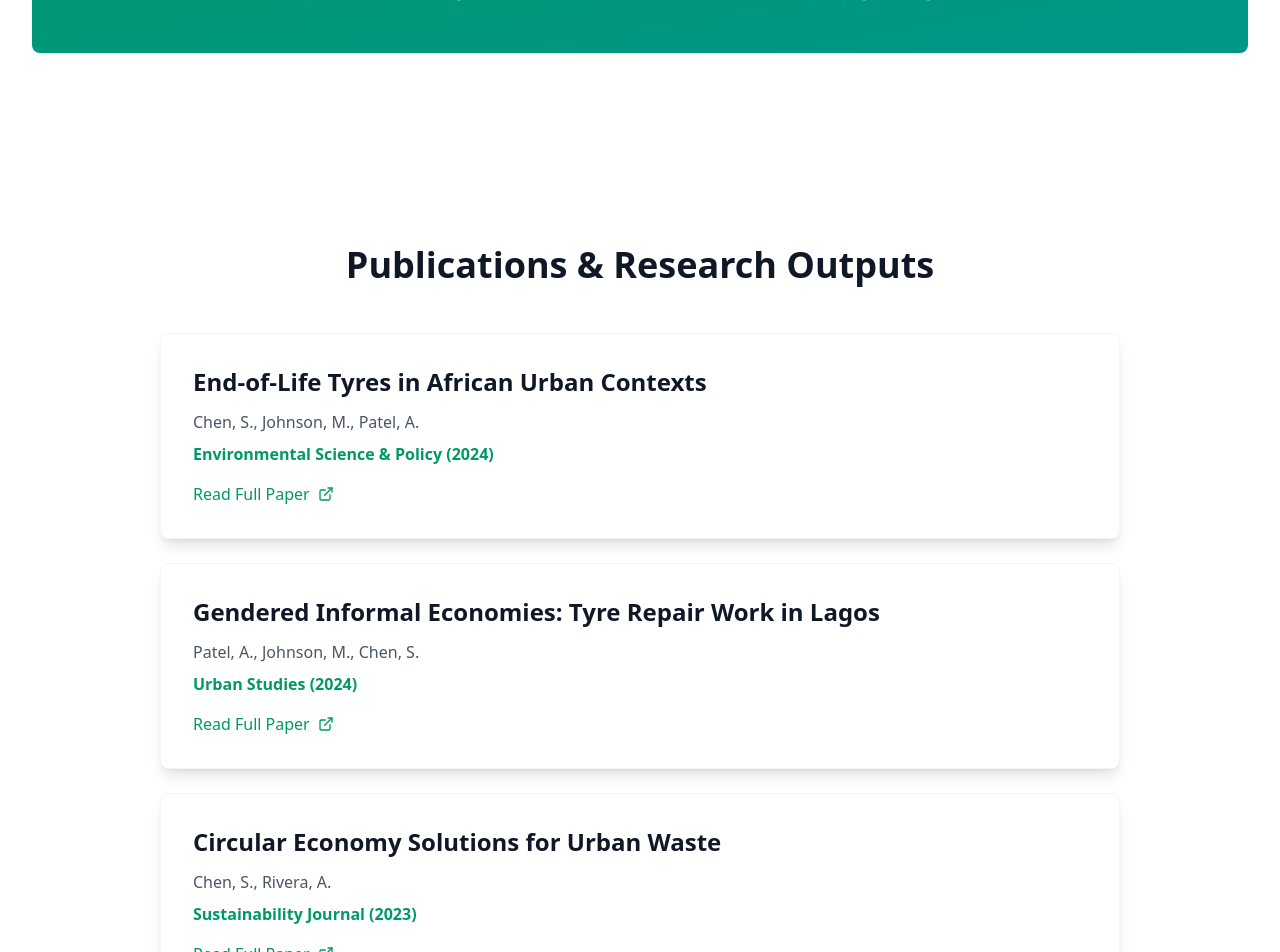
Repository: tiossdav/codesria
Page: /
An editor plug-in stored every save of this project. The page is shown before and after the next save, followed by the edit.
The browser window is 1280 px wide. The pictures show the part of the page from y = 2359 to 3311 px (the page is 5274 px tall).
The project was rebuilt for these pictures with package versions that can differ from the ones it lists, and the page was loaded fresh each time. Also part of the build but not shown: vite.config.ts.

Above is the page before, as saved 2025-11-19 19:10:44.

### index.html
<!DOCTYPE html>
<html lang="en">
  <head>
    <meta charset="UTF-8" />
    <link rel="icon" type="image/svg+xml" href="/vite.svg" />
    <link href="/src/App.css" rel="stylesheet" />
    <link rel="preconnect" href="https://fonts.googleapis.com" />
    <link rel="preconnect" href="https://fonts.gstatic.com" crossorigin />
    <link
      href="https://fonts.googleapis.com/css2?family=Caveat:wght@400..700&family=Inter:ital,opsz,wght@0,14..32,100..900;1,14..32,100..900&family=Lobster&family=Raleway:ital,wght@0,100..900;1,100..900&display=swap"
      rel="stylesheet"
    />
    <meta name="viewport" content="width=device-width, initial-scale=1.0" />
    <title>codesria</title>
  </head>
  <body>
    <div id="root"></div>
    <script type="module" src="/src/main.tsx"></script>
  </body>
</html>

### src/App.css
@import "tailwindcss";

@theme {
  --font-inter: "Inter", sans-serif;
  --font-caveat: "Caveat", cursive;
  --font-lobster: "Lobster", cursive;
  --font-raleway: "Raleway", sans-serif;
}

### src/App.tsx
import { Route, Switch } from "wouter";
import Header from "./components/layout/Header";
import Footer from "./components/layout/Footer";
import Home from "./pages/Home";
import About from "./pages/About";
import Research from "./pages/Research";
import Team from "./pages/Team";
import Publications from "./pages/Publications";
import Contact from "./pages/Contact";

export default function App() {
  return (
    <div className="min-h-screen bg-white flex flex-col">
      <Header />

      <div className="flex-1">
        <Switch>
          <Route path="/" component={Home} />
          <Route path="/obj" component={About} />
          <Route path="/research" component={Research} />
          <Route path="/team" component={Team} />
          <Route path="/publications" component={Publications} />
          <Route path="/contact" component={Contact} />

          {/* 404 Route */}
          <Route>
            <div className="min-h-screen flex items-center justify-center">
              <div className="text-center">
                <h1 className="text-4xl font-bold text-gray-900 mb-4">404</h1>
                <p className="text-gray-600">Page not found</p>
              </div>
            </div>
          </Route>
        </Switch>
      </div>

      <Footer />
    </div>
  );
}

### src/components/layout/Header.tsx
import { Link, useLocation } from "wouter";

type NavLink = {
  title: string;
  href: string;
  submenu?: NavLink[];
};

const navlinks: NavLink[] = [
  { title: "Home", href: "/" },
  { title: "Aim & Objectives", href: "/obj" },
  { title: "Research", href: "/research" },
  { title: "Team", href: "/team" },
  { title: "Publications", href: "/publications" },
  { title: "Contact", href: "/contact" },
];

function Header() {
  const [location] = useLocation();

  return (
    <nav className="bg-white shadow-sm fixed w-full top-0 z-50 border-b border-gray-200">
      <div className="max-w-7xl mx-auto px-4 sm:px-6 lg:px-8">
        <div className="flex justify-between items-center h-20">
          <div className="flex items-center">
            <Link href="/">
              <span className="ml-3 font-caveat text-3xl text-gray-900 font-bold cursor-pointer transition-colors">
                JustEnergyAfrica
              </span>
            </Link>
          </div>
          <div className="flex items-center space-x-8">
            {navlinks.map((nav, index) => (
              <Link
                key={index}
                href={nav.href}
                className={`text-[16px] font-medium transition-colors ${
                  location === nav.href
                    ? "text-slate-900"
                    : "text-slate-600 hover:text-slate-900"
                }`}
              >
                {nav.title}
              </Link>
            ))}
          </div>
        </div>
      </div>
    </nav>
  );
}

export default Header;

### src/components/layout/Footer.tsx
function Footer() {
  return (
    <footer className="bg-gray-900 text-white py-12 mt-20">
      <div className="max-w-7xl mx-auto px-4 sm:px-6 lg:px-8">
        <div className="text-center mb-6">
          <p className="text-gray-300 mb-2">Funded by the British Academy</p>
          <p className="text-gray-400 text-sm">
            Part of the GCRF 'Urban Infrastructures of Well-Being' research
            programme
          </p>
        </div>
        <div className="text-center pt-6 border-t border-gray-700">
          <p className="text-gray-400">
            © 2024 Pneuma-City Research Project. All rights reserved.
          </p>
        </div>
      </div>
    </footer>
  );
}

export default Footer;

### src/pages/Home.tsx
import { useLocation } from "wouter";
import power from "../assets/power.jpg";
import About from "./About";
import Research from "./Research";
import Publications from "./Publications";
import Team from "./Team";
import Contact from "./Contact";

export default function Home() {
  const [, setLocation] = useLocation();

  return (
    <>
      {/* Hero Section */}
      <div className="relative h-screen mt-20 font-inter">
        <div className="absolute inset-0">
          <img
            src={power}
            alt="Urban African street"
            className="w-full h-full object-cover"
          />
          <div className="absolute inset-0 bg-black opacity-50"></div>
        </div>

        <div className="relative h-full flex items-center px-4">
          <div className="max-w-7xl mx-auto w-full">
            <div className="max-w-3xl">
              <h1 className="text-4xl md:text-5xl font-bold text-white mb-6 leading-tight">
                Hydro-Power S(hr)inking State: Renewable energy in Lake Chad
              </h1>
              <p className="text-xl md:text-2xl text-gray-100 mb-8 leading-relaxed">
                This research explores Lake Chad’s environmental crisis,
                analyzing hydropower, urban adaptation, gender equity, and just
                transition through comparative, mixed-method studies across Chad
                and Nigeria to inform inclusive, sustainable governance and
                development.
              </p>
              <div className="flex flex-col sm:flex-row gap-4">
                <button
                  onClick={() => setLocation("/obj")}
                  className="bg-emerald-600 hover:bg-emerald-700 text-white px-8 py-4 rounded-md font-semibold text-lg transition-colors"
                >
                  Learn More
                </button>
                <button
                  onClick={() => setLocation("/research")}
                  className="bg-white/10 backdrop-blur-sm hover:bg-white/20 border-2 border-white text-white px-8 py-4 rounded-md font-semibold text-lg transition-all"
                >
                  Our Research
                </button>
              </div>
            </div>
          </div>
        </div>
      </div>

      {/* All Sections Below Hero */}
      <About />
      <Research />
      <Publications />
      <Team />
      <Contact />
    </>
  );
}

### src/pages/About.tsx
function About() {
  return (
    <div className="max-w-5xl mx-auto mt-8 px-4 sm:px-6 lg:px-8 py-10 font-inter">
      <h2 className="text-4xl font-bold text-gray-900 mb-8">About</h2>
      <div className="prose prose-lg max-w-none">
        <p className="text-xl text-gray-700 leading-relaxed mb-6">
          Hydro Power, S(hr)inking States? Politics of Renewable Energy, Just
          Transitions and Urban Sustainability in the Lake Chad Basin is a
          collaborative, transdisciplinary research initiative that responds to
          one of Africa’s most pressing environmental challenges: the rapid
          shrinkage of Lake Chad and its far-reaching impacts on state
          stability, urban life, and energy futures.
        </p>
        <p className="text-xl text-gray-700 leading-relaxed mb-8">
          As governments and communities turn to hydropower and other renewable
          energy options, the project investigates how these transitions reshape
          governance systems, social equity, and everyday survival in one of the
          continent’s most fragile ecological zones. By examining the political,
          social, and infrastructural transformations underway, the study seeks
          to provide evidence-based pathways for inclusive, just, and
          climate-resilient development.
        </p>
        <p className="text-xl text-gray-700 leading-relaxed mb-1">
          The project focuses on four overarching questions:
        </p>
        <ul className="list-disc list-inside mb-6 text-xl text-gray-700 leading-relaxed ">
          <li>
            How do hydropower projects influence renewable energy politics
            across the region?
          </li>
          <li>
            How are cities adapting to environmental decline and energy
            transitions?
          </li>
          <li>
            In what ways do gender and generational dynamics shape experiences
            of change?
          </li>
          <li>
            How can a just transition be achieved in settings with limited
            resources and institutional capacity?
          </li>
        </ul>

        {/* <div className="bg-emerald-50 border-l-4 border-emerald-600 p-6 my-8">
          <p className="text-gray-800 italic">
            This project is funded by the British Academy and is part of the
            wider GCRF 'Urban Infrastructures of Well-Being' research programme.
          </p>
        </div> */}
      </div>
    </div>
  );
}

export default About;

### src/pages/Research.tsx
import { Globe, Lightbulb, Recycle, Users } from "lucide-react";

function Research() {
  return (
    <div className="max-w-7xl mx-auto mt-8 px-4 sm:px-6 lg:px-8 py-20 font-inter">
      <h2 className="text-4xl font-bold text-gray-900 mb-4 text-center">
        Research Focus Areas
      </h2>
      <p className="text-xl text-gray-600 mb-12 text-center max-w-3xl mx-auto">
        'Pneuma-city' bridges formal and informal infrastructures by
        conceptually tracing the role of tyres as 'frictional' within urban
        contexts where automobile transport is hegemonic.
      </p>

      <div className="grid md:grid-cols-3 gap-8 mb-16">
        <div className="bg-white p-8 rounded-lg shadow-lg border border-gray-100 hover:shadow-xl transition-shadow">
          <div className="bg-emerald-100 w-16 h-16 rounded-lg flex items-center justify-center mb-6">
            <Users className="h-8 w-8 text-emerald-600" />
          </div>
          <h3 className="text-2xl font-bold text-gray-900 mb-4">
            Informal Cultures & Livelihoods
          </h3>
          <p className="text-gray-600 leading-relaxed">
            Examining the gendered informal cultures, livelihoods and
            technologies of tyre-related work in urban contexts.
          </p>
        </div>

        <div className="bg-white p-8 rounded-lg shadow-lg border border-gray-100 hover:shadow-xl transition-shadow">
          <div className="bg-teal-100 w-16 h-16 rounded-lg flex items-center justify-center mb-6">
            <Globe className="h-8 w-8 text-teal-600" />
          </div>
          <h3 className="text-2xl font-bold text-gray-900 mb-4">
            Road Ecologies
          </h3>
          <p className="text-gray-600 leading-relaxed">
            Understanding the complex place of waste tyres in street and road
            ecologies and their environmental impact.
          </p>
        </div>

        <div className="bg-white p-8 rounded-lg shadow-lg border border-gray-100 hover:shadow-xl transition-shadow">
          <div className="bg-amber-100 w-16 h-16 rounded-lg flex items-center justify-center mb-6">
            <Recycle className="h-8 w-8 text-amber-600" />
          </div>
          <h3 className="text-2xl font-bold text-gray-900 mb-4">
            Circular Economies
          </h3>
          <p className="text-gray-600 leading-relaxed">
            Exploring circular economy models and the innovative repurposing of
            end-of-life tyres in urban settings.
          </p>
        </div>
      </div>

      <div className="bg-linear-to-br from-emerald-600 to-teal-600 rounded-lg p-12 text-white">
        <div className="flex items-start">
          <Lightbulb className="h-12 w-12 mr-6 shrink-0 mt-1" />
          <div>
            <h3 className="text-3xl font-bold mb-4">Our Vision</h3>
            <p className="text-xl leading-relaxed">
              We aim to put ELT challenges and opportunities at the heart of a
              vision for a sustainable future, creating solutions that improve
              well-being for both workers and residents in rapidly growing
              African cities.
            </p>
          </div>
        </div>
      </div>
    </div>
  );
}

export default Research;

### src/pages/Team.tsx
const teamMembers = [
  {
    name: "Dr. Sarah Chen",
    role: "Principal Investigator",
    image:
      "https://images.unsplash.com/photo-1573496359142-b8d87734a5a2?w=400&h=400&fit=crop",
    bio: "Expert in sustainable urban development and environmental engineering",
  },
  {
    name: "Dr. Marcus Johnson",
    role: "Co-Investigator",
    image:
      "https://images.unsplash.com/photo-1560250097-0b93528c311a?w=400&h=400&fit=crop",
    bio: "Specializes in social sciences and informal economies research",
  },
  {
    name: "Dr. Aisha Patel",
    role: "Research Fellow",
    image:
      "https://images.unsplash.com/photo-1580489944761-15a19d654956?w=400&h=400&fit=crop",
    bio: "Focus on gender studies and urban livelihoods",
  },
  {
    name: "Alex Rivera",
    role: "Research Assistant",
    image:
      "https://images.unsplash.com/photo-1519345182560-3f2917c472ef?w=400&h=400&fit=crop",
    bio: "Researching circular economy models and waste management systems",
  },
];

function Team() {
  return (
    <div className="max-w-7xl mx-auto mt-8 px-4 sm:px-6 lg:px-8 py-20 font-inter">
      <h2 className="text-4xl font-bold text-gray-900 mb-4 text-center">
        Meet Our Team
      </h2>
      {/* <p className="text-xl text-gray-600 mb-12 text-center max-w-3xl mx-auto">
        Our interdisciplinary team combines expertise from engineering, social
        sciences, gender studies, and environmental sustainability
      </p> */}
      <div className="grid md:grid-cols-2 lg:grid-cols-4 gap-8">
        {teamMembers.map((member, index) => (
          <div
            key={index}
            className="bg-white rounded-lg shadow-lg overflow-hidden border border-gray-100 hover:shadow-xl transition-shadow"
          >
            <img
              src={member.image}
              alt={member.name}
              className="w-full h-64 object-cover"
            />
            <div className="p-6">
              <h3 className="text-xl font-bold text-gray-900 mb-1">
                {member.name}
              </h3>
              <p className="text-emerald-600 font-semibold mb-3">
                {member.role}
              </p>
              <p className="text-gray-600 text-sm leading-relaxed">
                {member.bio}
              </p>
            </div>
          </div>
        ))}
      </div>
    </div>
  );
}

export default Team;

### src/pages/Publications.tsx
import { ExternalLink } from "lucide-react";

const publications = [
  {
    title: "End-of-Life Tyres in African Urban Contexts",
    authors: "Chen, S., Johnson, M., Patel, A.",
    journal: "Environmental Science & Policy",
    year: "2024",
    link: "#",
  },
  {
    title: "Gendered Informal Economies: Tyre Repair Work in Lagos",
    authors: "Patel, A., Johnson, M., Chen, S.",
    journal: "Urban Studies",
    year: "2024",
    link: "#",
  },
  {
    title: "Circular Economy Solutions for Urban Waste",
    authors: "Chen, S., Rivera, A.",
    journal: "Sustainability Journal",
    year: "2023",
    link: "#",
  },
];

function Publications() {
  return (
    <div className="max-w-5xl mx-auto mt-8 px-4 sm:px-6 lg:px-8 py-20">
      <h2 className="text-4xl font-bold text-gray-900 mb-12 text-center">
        Publications & Research Outputs
      </h2>
      <div className="space-y-6">
        {publications.map((pub, index) => (
          <div
            key={index}
            className="bg-white p-8 rounded-lg shadow-lg border border-gray-100 hover:shadow-xl transition-shadow"
          >
            <h3 className="text-2xl font-bold text-gray-900 mb-3">
              {pub.title}
            </h3>
            <p className="text-gray-600 mb-2">{pub.authors}</p>
            <p className="text-emerald-600 font-semibold mb-4">
              {pub.journal} ({pub.year})
            </p>
            <a
              href={pub.link}
              className="inline-flex items-center text-emerald-600 hover:text-emerald-700 font-medium"
            >
              Read Full Paper <ExternalLink className="ml-2 h-4 w-4" />
            </a>
          </div>
        ))}
      </div>
    </div>
  );
}

export default Publications;

### src/pages/Contact.tsx
import { Mail, Target } from "lucide-react";

function Contact() {
  return (
    <div className="max-w-3xl mx-auto mt-8 px-4 sm:px-6 lg:px-8 py-20">
      <h2 className="text-4xl font-bold text-gray-900 mb-4 text-center">
        Get Involved
      </h2>
      <p className="text-xl text-gray-600 mb-12 text-center">
        Interested in collaborating or learning more about our work? We welcome
        inquiries from researchers, practitioners, and community organizations.
      </p>
      <div className="bg-white p-10 rounded-lg shadow-lg border border-gray-100">
        <div className="space-y-8">
          <div className="flex items-start">
            <Mail className="h-6 w-6 text-emerald-600 mt-1 mr-4 shrink-0" />
            <div>
              <h3 className="font-bold text-gray-900 mb-2 text-lg">Email Us</h3>
              <p className="text-gray-600">contact@pneuma-city.org</p>
            </div>
          </div>

          <div className="flex items-start">
            <Target className="h-6 w-6 text-emerald-600 mt-1 mr-4 shrink-0" />
            <div>
              <h3 className="font-bold text-gray-900 mb-2 text-lg">
                Research Location
              </h3>
              <p className="text-gray-600">
                Lagos, Nigeria & Partner Institutions
              </p>
            </div>
          </div>

          <div className="pt-6 border-t border-gray-200">
            <h3 className="font-bold text-gray-900 mb-4 text-lg">
              Collaboration Opportunities
            </h3>
            <p className="text-gray-600 mb-6 leading-relaxed">
              We're open to partnerships with academic institutions, NGOs,
              government agencies, and community organizations working on
              sustainable urban development and circular economy initiatives.
            </p>
            <button className="w-full bg-emerald-600 hover:bg-emerald-700 text-white px-6 py-4 rounded-md font-semibold transition-colors">
              Send Inquiry
            </button>
          </div>
        </div>
      </div>
    </div>
  );
}

export default Contact;

Loaded but not shown: src/main.tsx (common file)

After the next save:
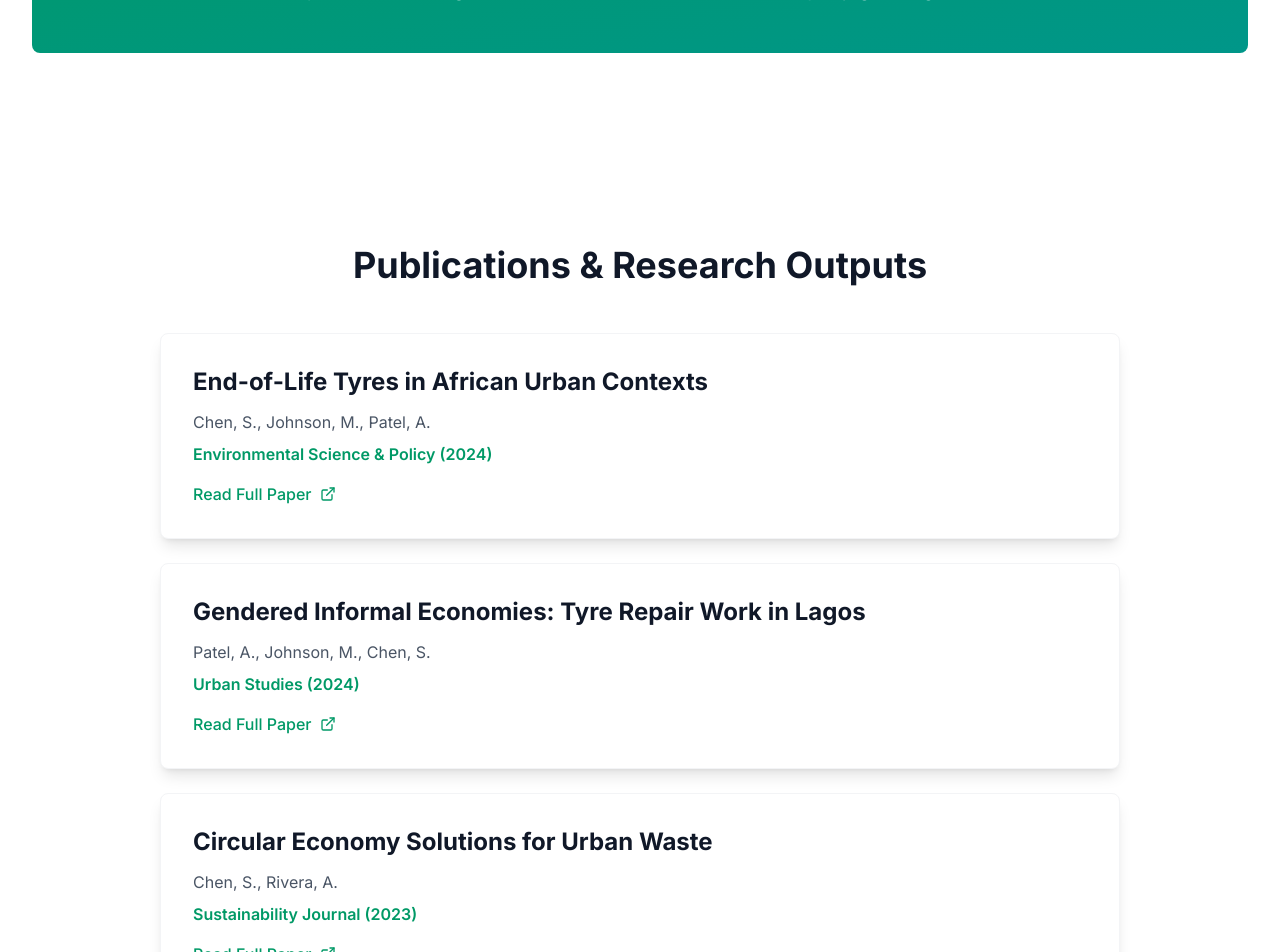
Saved 15 s later.
--- a/src/pages/Publications.tsx
+++ b/src/pages/Publications.tsx
@@ -26,7 +26,7 @@ const publications = [
 
 function Publications() {
   return (
-    <div className="max-w-5xl mx-auto mt-8 px-4 sm:px-6 lg:px-8 py-20">
+    <div className="max-w-5xl mx-auto mt-8 px-4 sm:px-6 lg:px-8 py-20 font-inter">
       <h2 className="text-4xl font-bold text-gray-900 mb-12 text-center">
         Publications & Research Outputs
       </h2>
